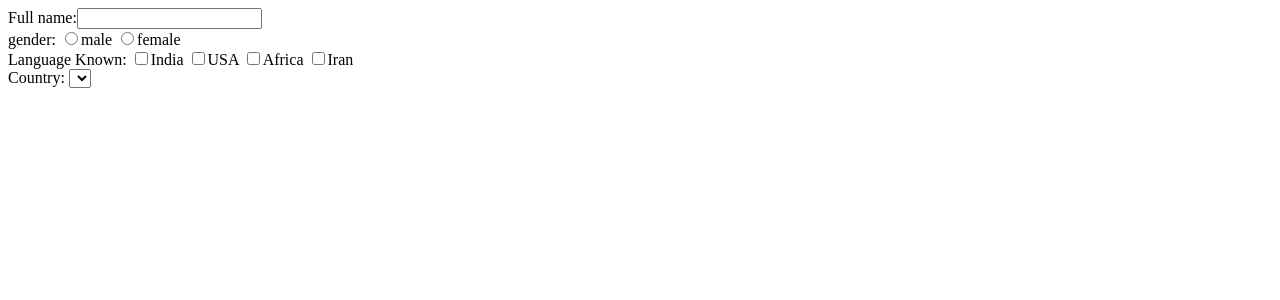
Repository: riishraj1821/Learning-with-maven
Page: http://localhost/form_under_JSP/form.jsp
An editor plug-in stored every save of this project. The page is shown before and after the next save, followed by the edit.
The browser window is 1280 px wide. The pictures show the whole page.
The page is served by Tomcat 9.

Above is the page before, as saved 2024-10-08 11:31:50.

### form_under_JSP/src/main/webapp/form.jsp
<%@ page language="java" contentType="text/html; charset=UTF-8"
    pageEncoding="UTF-8"%>
<!DOCTYPE html>
<html>
<head>
<meta charset="UTF-8">
<title>form</title>
</head>
<body>
<form action="submit.jsp" method="post">
Full name:<input type="text" name="name"/><br/>
gender:	<input type="radio" name="gender" value="male"/>male
		<input type="radio" name="gender" value="female"/>female<br/>
Language Known: <input type="checkbox" name="language" value="India"/>India
				<input type="checkbox" name="language" value="USA"/>USA
				<input type="checkbox" name="language" value="Africa"/>Africa
				<input type="checkbox" name="language" value="Iran"/>Iran <br/>
Country: <select name="country">

		</select>

</form>
</body>
</html>

After the next save:
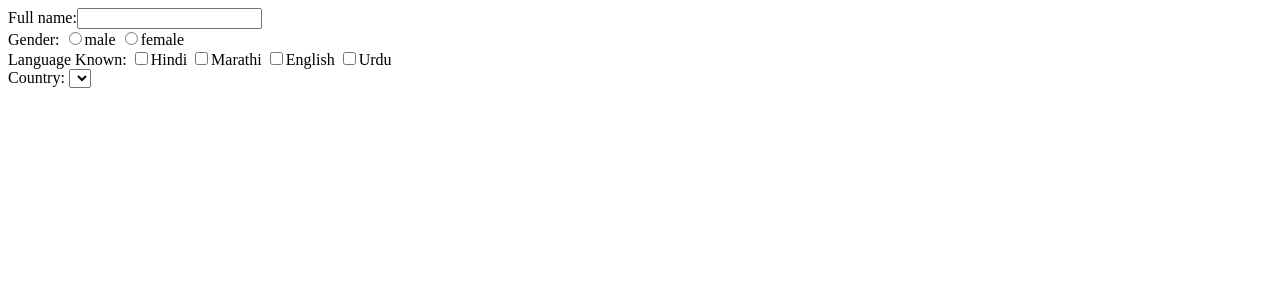
Saved 2 min 8 s later.
--- a/form_under_JSP/src/main/webapp/form.jsp
+++ b/form_under_JSP/src/main/webapp/form.jsp
@@ -9,14 +9,14 @@
 <body>
 <form action="submit.jsp" method="post">
 Full name:<input type="text" name="name"/><br/>
-gender:	<input type="radio" name="gender" value="male"/>male
+Gender:	<input type="radio" name="gender" value="male"/>male
 		<input type="radio" name="gender" value="female"/>female<br/>
-Language Known: <input type="checkbox" name="language" value="India"/>India
-				<input type="checkbox" name="language" value="USA"/>USA
-				<input type="checkbox" name="language" value="Africa"/>Africa
-				<input type="checkbox" name="language" value="Iran"/>Iran <br/>
+Language Known: <input type="checkbox" name="language" value="hindi"/>Hindi
+				<input type="checkbox" name="language" value="marathi"/>Marathi
+				<input type="checkbox" name="language" value="urdu"/>English
+				<input type="checkbox" name="language" value="urdu"/>Urdu<br/>
 Country: <select name="country">
-
+				<option></option>
 		</select>
 
 </form>
